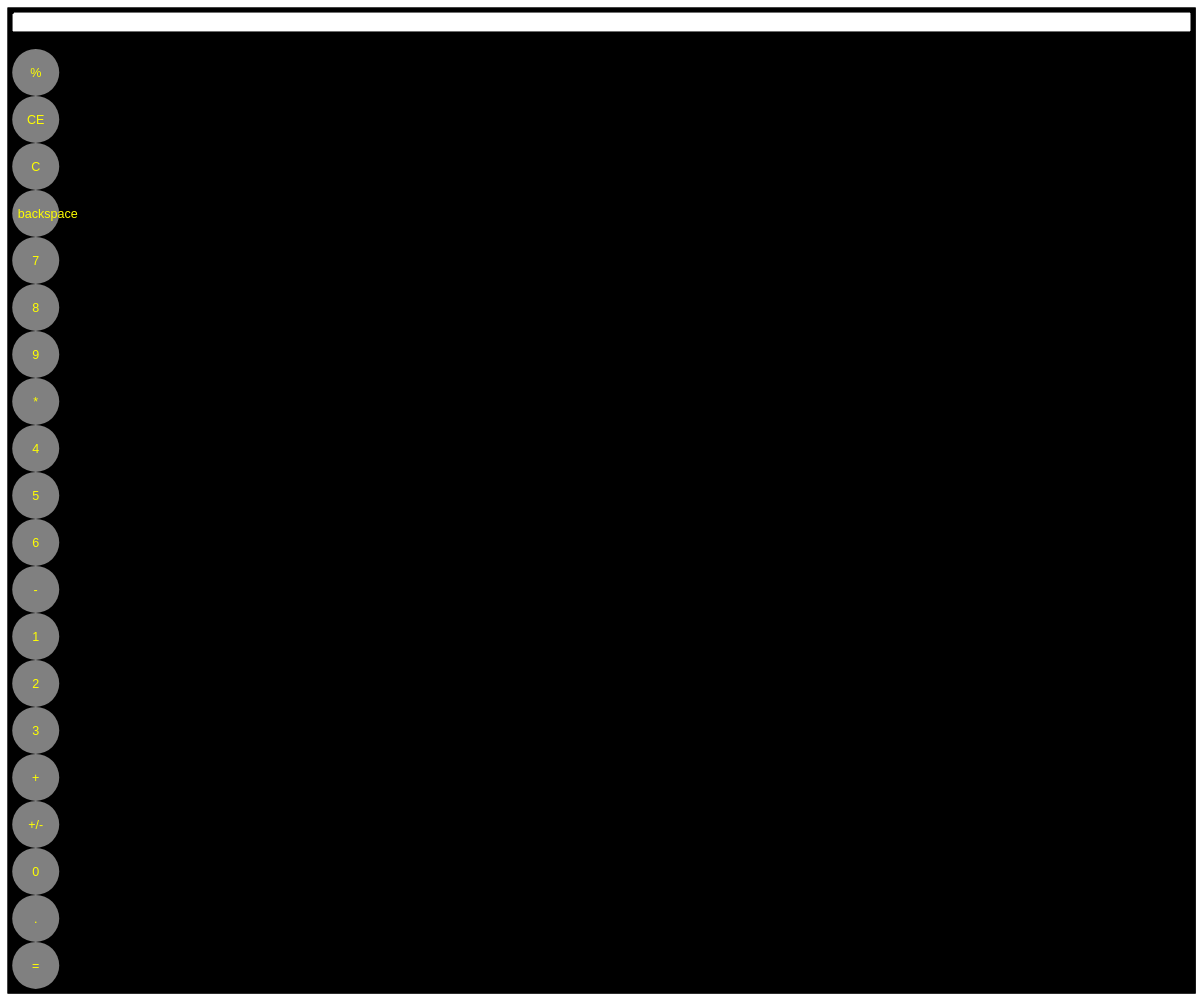
Repository: kirtivaishya/calculator
Page: index.html
The author's editor kept a copy of each file at every save. The page is drawn from the files as they stood at one save, then again after the next save.
The browser window is 1280 px wide. The pictures show the whole page, at 94% of full size.
The style sheet was rebuilt from its Sass, Less or Tailwind sources for each picture, by a compiler version that may differ from the author's.

Above is the page before, as saved 2021-10-14 16:51:43.
Console error: ReferenceError: button is not defined

### index.html
<!DOCTYPE html>
<html lang="en">
<head>
    <meta charset="UTF-8">
    <meta name="viewport" content="width=device-width, initial-scale=1.0">
    <title>calculator</title>
    <link rel="stylesheet" href="css/component.css">
</head>
<body>
    <section >
        <form action="" class="grid">
            <input type="number">
            <br>
            <button class=".btn" id="percentage">%</button>
            <button class=".btn" id="CE">CE</button>
            <button id="C">C</button>
            <button id="backspace">backspace</button>
            <button id="7">7</button>
            <button id="8">8</button>
            <button id="9">9</button>
            <button id="*">*</button>
            <button id="4">4</button>
            <button id="5">5</button>
            <button id="6">6</button>
            <button id="substract">-</button>
            <button id="1">1</button>
            <button id="2">2</button>
            <button id="3">3</button>
            <button id="+">+</button>
            <button id="prefix">+/-</button>
            <button id="0">0</button>
            <button id="dot">.</button>
            <button id="equal">=</button>
        </form>
    </section>
    <script src="js/function.js"></script>
</body>
</html>

### js/function.js
// **********Add the value to input ***********
button.addEventListener('click',(event)=>{
    event.preventDefault();
   const buttonList= document.querySelectorAll("button");
});

### css/component.scss
.btn{
    background-color: grey;
    color: yellow;
    border-radius: 50%;
    border: grey;


}
// .firstrow {
//     grid-area: firstrow;
//     text-align: center;
//   }
//   .firstrow {
//     grid-area: firstrow;
//     text-align: center;
//   }
//   .firstrow {
//     grid-area: firstrow;
//     text-align: center;
//   }
.grid{
    display: grid;
    grid-auto-columns: 1fr 1fr 1fr 1fr 1fr;
    grid-template-rows: auto;
}
button {
    height: 50px;
    width: 50px;
    background-color: grey;
    color: yellow;
    border-radius: 50%;
    border: grey;
  &_operation{
      background-color: yellow;
      color: black;
  }
}

  form {
  border: 5px black solid;
  background-color: black;
  }

After the next save:
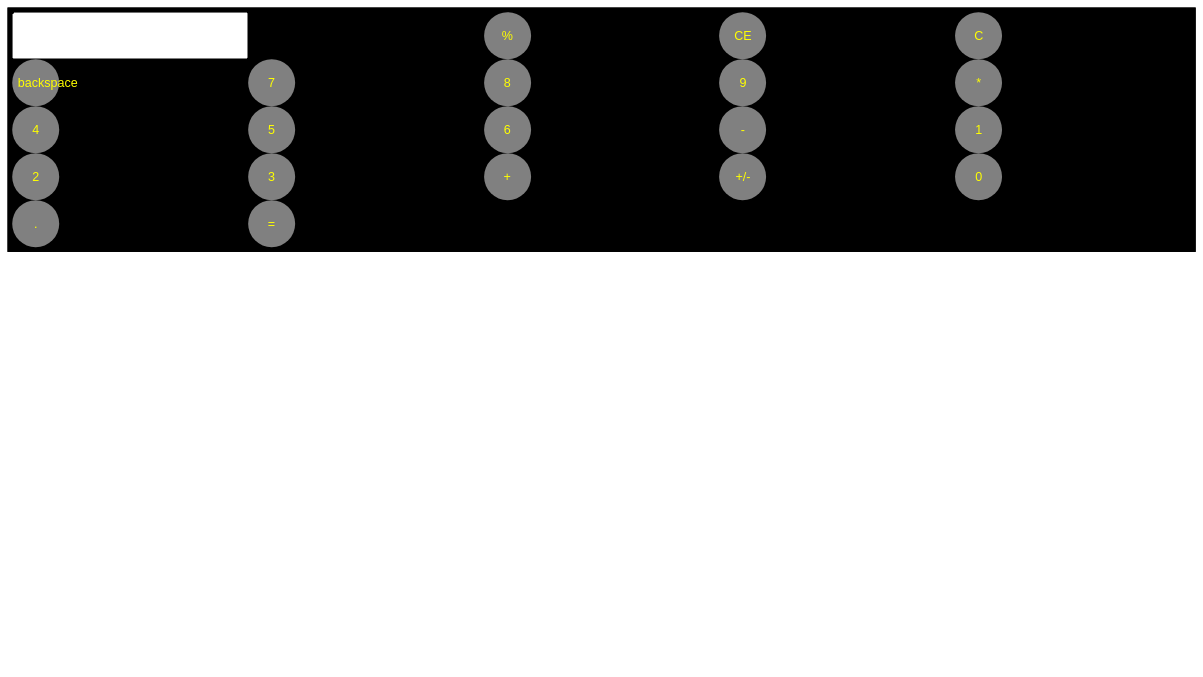
Saved 3 min 56 s later.
--- a/css/component.scss
+++ b/css/component.scss
@@ -20,7 +20,7 @@
 //   }
 .grid{
     display: grid;
-    grid-auto-columns: 1fr 1fr 1fr 1fr 1fr;
+    grid-template-columns: 1fr 1fr 1fr 1fr 1fr;
     grid-template-rows: auto;
 }
 button {
